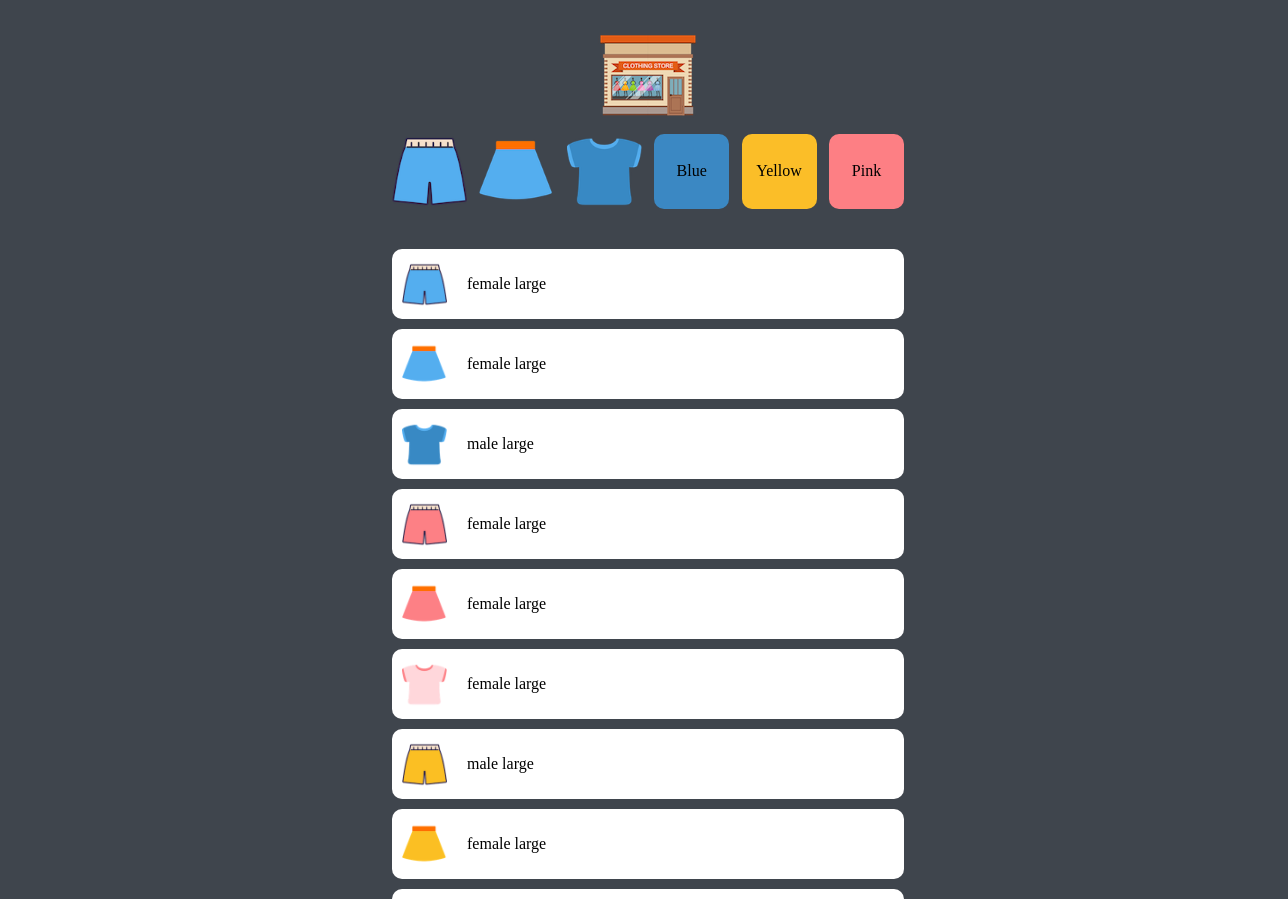
Repository: Jay-JYKim91/elle-shopping-mall
Page: index.html
These files come from the project's save history. The page is drawn as it stood at one moment and after the next save; the edit follows.
The browser window is 1280 px wide. The page is 1288 px wide, so the pictures cover 1288 px, including what lies to the right of the window. The pictures show the whole page.
An inner scrolling area shows only its first screen.

Above is the page before, as saved 2021-07-26 20:13:59.

After the next save:
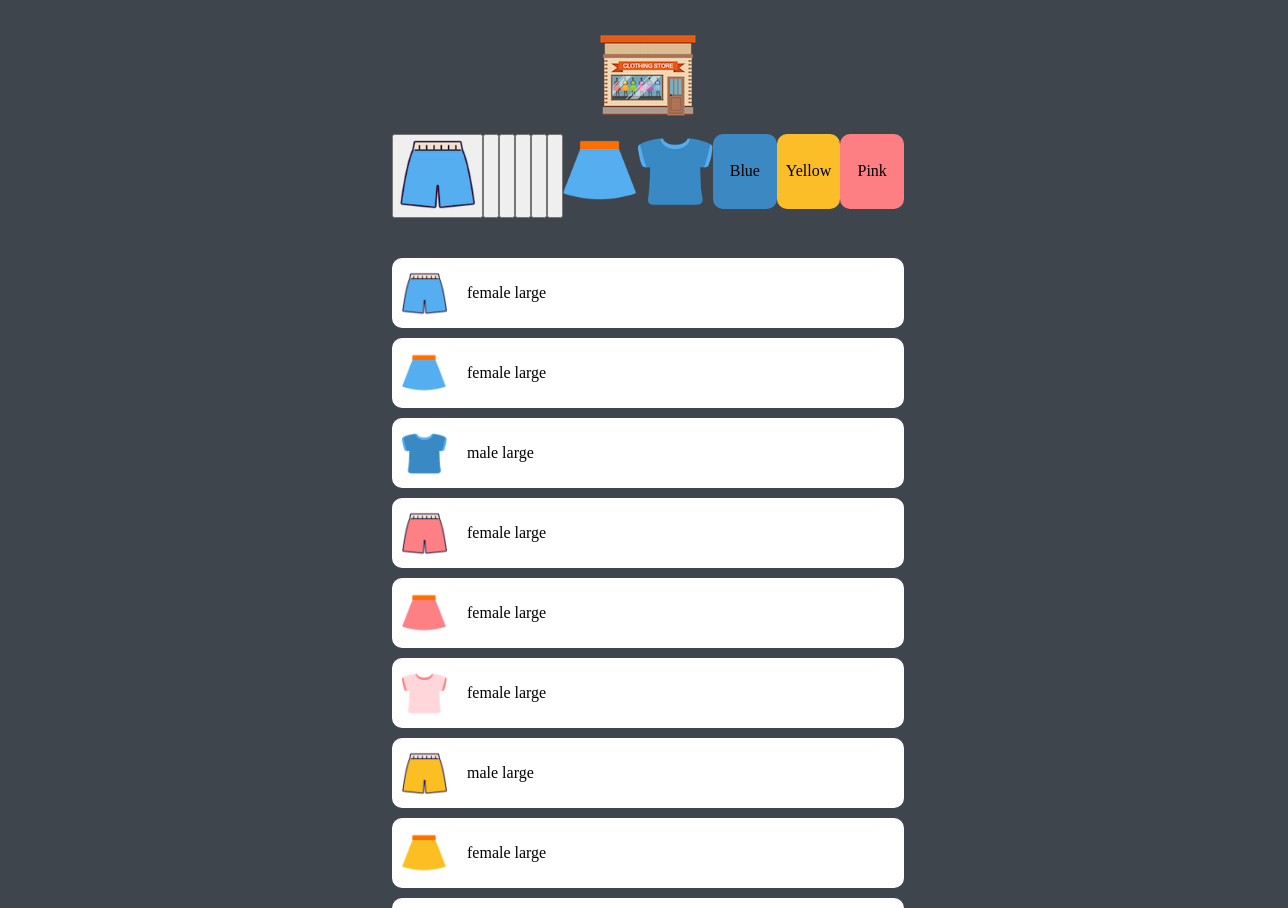
Saved 99 s later.
--- a/index.html
+++ b/index.html
@@ -13,7 +13,14 @@
         <img src="./img/logo.png" alt="logo">
       </div>
       <div class="options">
-        <img src="./img/blue_p.png" alt="blue pants">
+        <button class="btn">
+          <img src="./img/blue_p.png" alt="blue pants">
+        </button>
+        <button class="btn"></button>
+        <button class="btn"></button>
+        <button class="btn"></button>
+        <button class="btn"></button>
+        <button class="btn"></button>
         <img src="./img/blue_s.png" alt="blue skirt">
         <img src="./img/blue_t.png" alt="blue t-shirt">
         <div class="color-box blue"><p>Blue</p></div>
